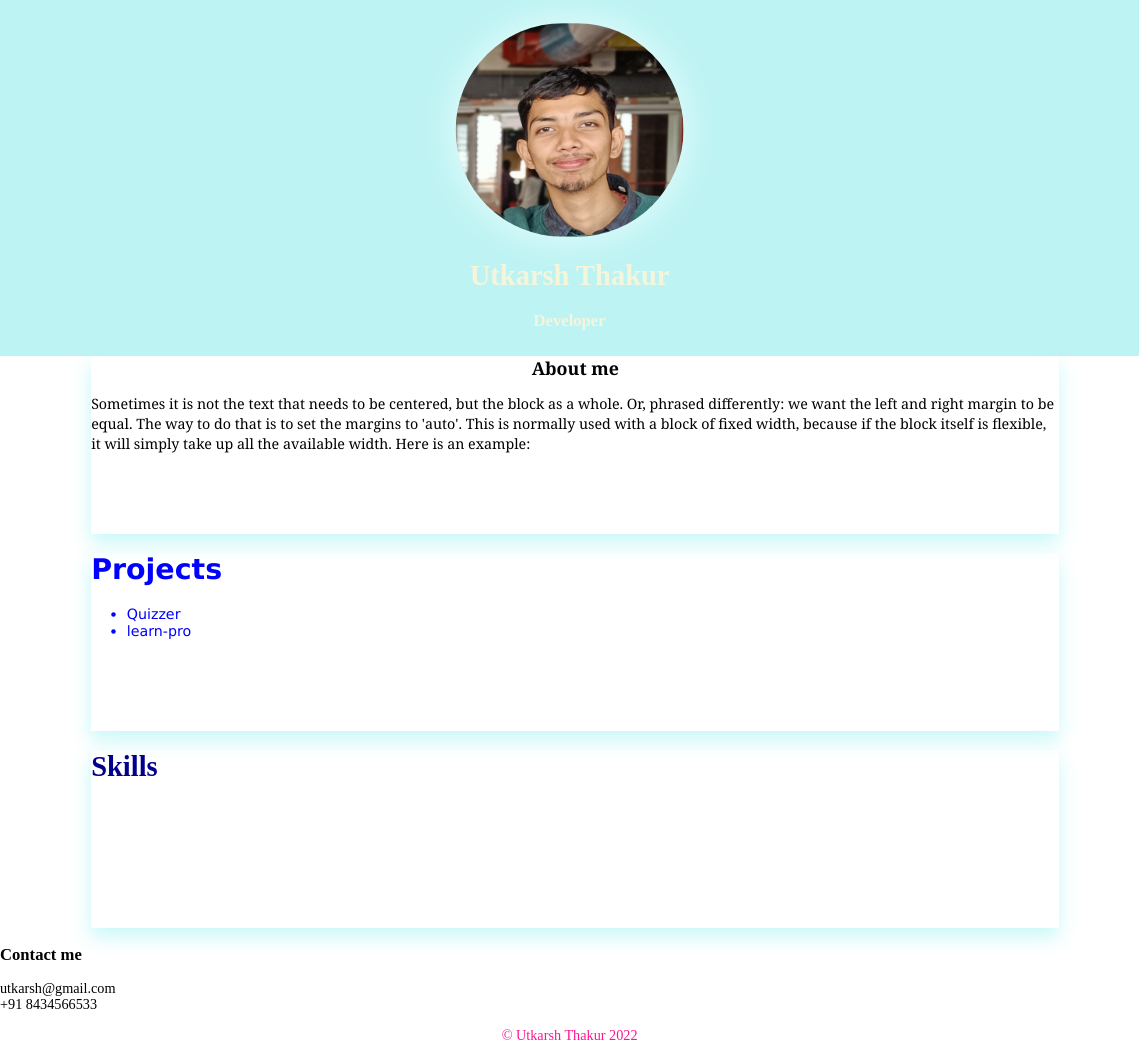
Repository: UtkarshThakur321/Utkarsh-Thakur-Profile
Page: index.html
The author's editor kept a copy of each file at every save. The page is drawn from the files as they stood at one save, then again after the next save.
The browser window is 1280 px wide. The pictures show the whole page, at 89% of full size.

Above is the page before, as saved 2022-01-22 23:45:44.
Not found: main.js

After the next save:
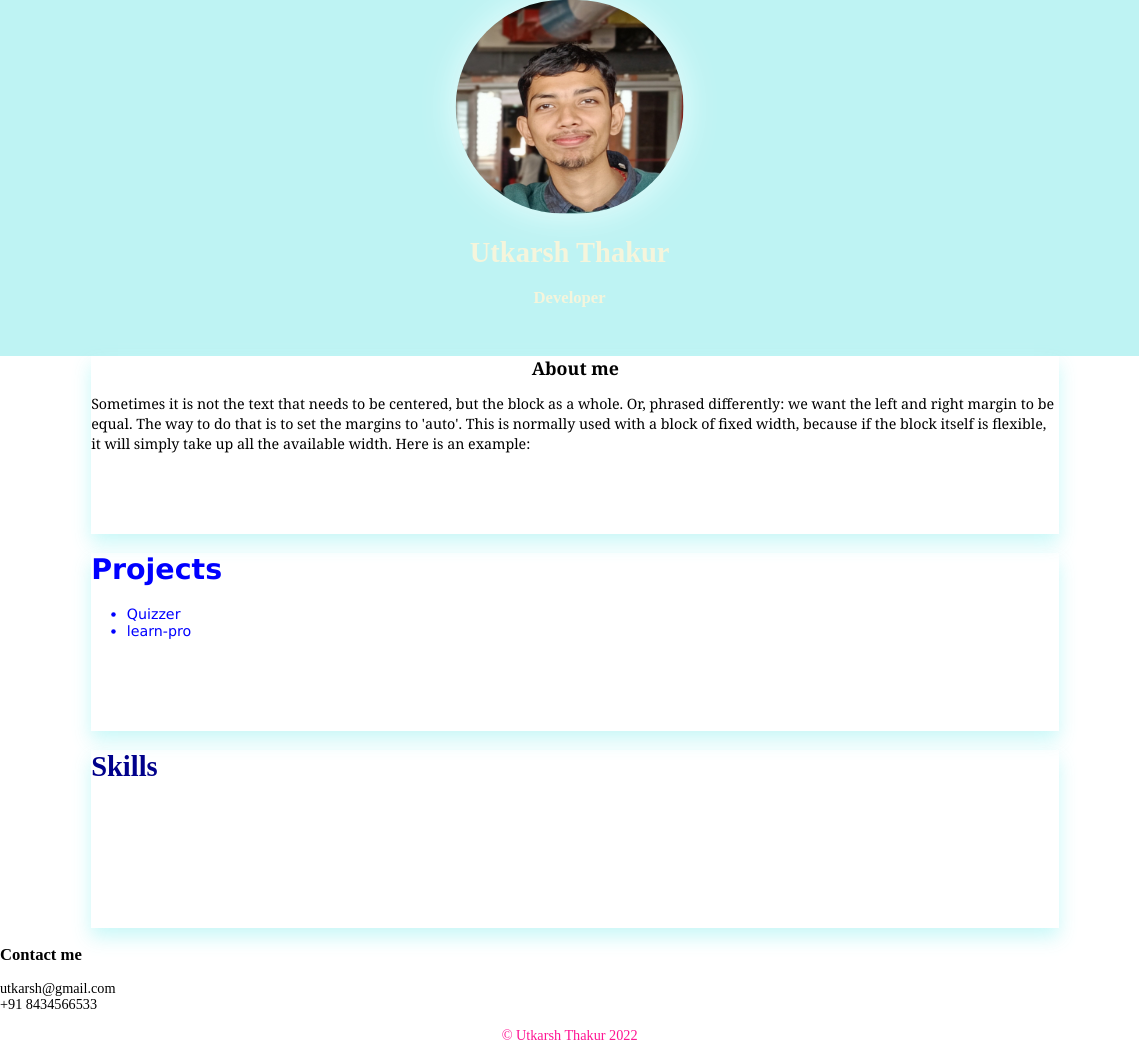
Saved 37 s later.
--- a/index.css
+++ b/index.css
@@ -14,7 +14,7 @@ body{
 
 
 #profileImage>img{
-    margin-top: 2%;
+    /* margin-top: 2%; */
     height:240px;
     width:20%;
     border-radius: 130px;
